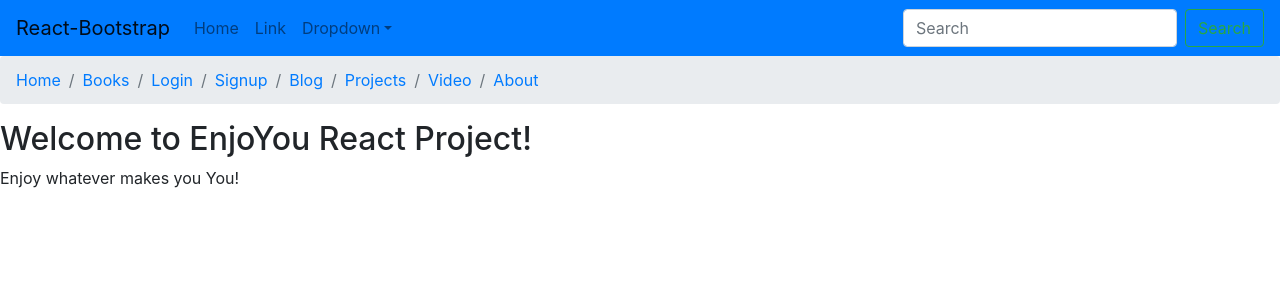
Repository: ebo-arcadia/enjoyou
Page: /home
An editor plug-in stored every save of this project. The page is shown before and after the next save, followed by the edit.
The browser window is 1280 px wide. The pictures show the whole page.
The project was rebuilt for these pictures with package versions that can differ from the ones it lists, and the page was loaded fresh each time. Also part of the build but not shown: src/components/BooksList.js, src/containers/Login.js, src/containers/signup.js, src/containers/blog.js, src/containers/Projects.js, src/containers/video.js, src/components/About.js.

Above is the page before, as saved 2021-04-20 16:55:15.

After the next save:
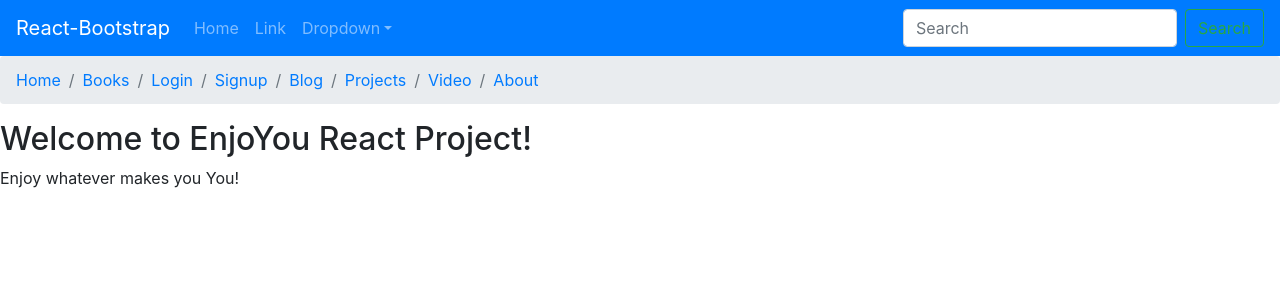
Saved 28 s later.
--- a/src/components/NavigationBar.js
+++ b/src/components/NavigationBar.js
@@ -3,7 +3,7 @@
 
 const NavigationBar = () => {
     return (
-        <Navbar bg="primary" expand="lg">
+        <Navbar bg="primary" expand="lg" variant="dark">
         <Navbar.Brand href="#home">React-Bootstrap</Navbar.Brand>
         <Navbar.Toggle aria-controls="basic-navbar-nav" />
         <Navbar.Collapse id="basic-navbar-nav">

After the save that followed:
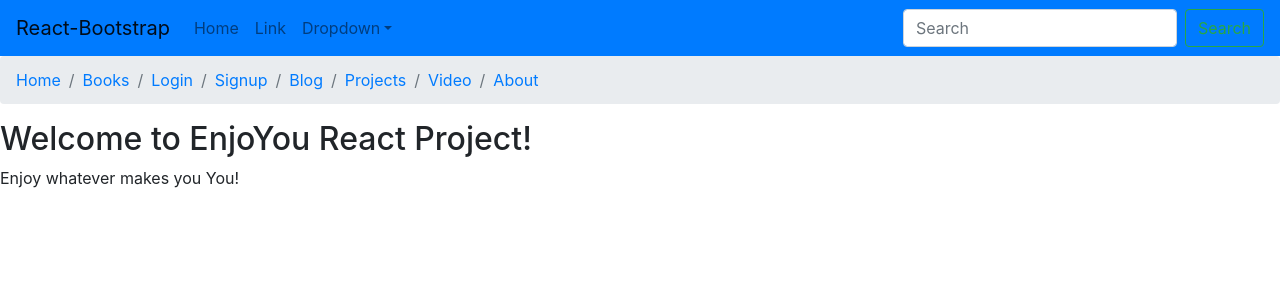
Saved 8 s later.
--- a/src/components/NavigationBar.js
+++ b/src/components/NavigationBar.js
@@ -3,7 +3,7 @@
 
 const NavigationBar = () => {
     return (
-        <Navbar bg="primary" expand="lg" variant="dark">
+        <Navbar bg="primary" expand="lg" variant="light">
         <Navbar.Brand href="#home">React-Bootstrap</Navbar.Brand>
         <Navbar.Toggle aria-controls="basic-navbar-nav" />
         <Navbar.Collapse id="basic-navbar-nav">
